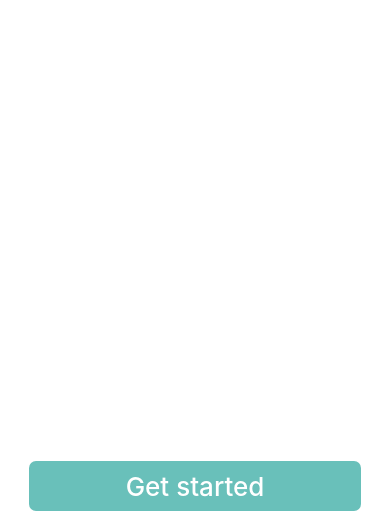
Repository: pheonixlegend/keleya
Screen: /Sign Up
The author's editor kept a copy of each file at every save. The screen is drawn from the files as they stood at one save, then again after the next save.
The pictures show rows 422 to 933 of an output 933 px tall.
The app was drawn by React Native's web renderer in a window 390 px wide. The project was rebuilt for these pictures with package versions that can differ from the ones it lists, and the page was loaded fresh each time.

Above is the screen before, as saved 2021-10-01 02:28:50.

### App.tsx
import { StatusBar } from 'expo-status-bar';
import React from 'react';
import { StyleSheet, Text, View } from 'react-native';
import Home from './screens/Home';
import { NavigationContainer } from '@react-navigation/native';
import AppStack from './routes/AppStack';

export default function App() {
  return (
    <NavigationContainer>
      <AppStack />
    </NavigationContainer>
  );
}

const styles = StyleSheet.create({
  container: {
    flex: 1,
    backgroundColor: '#fff',
    alignItems: 'center',
    justifyContent: 'center',
  },
});

### routes/AppStack.tsx
import { createStackNavigator } from '@react-navigation/stack';
import { Image } from 'react-native';
import Home from '../screens/Home';
import ImageHeader from '../components/ImageHeader';
import SignUp from '../screens/SignUp';
import React from 'react';
import { Entypo } from '@expo/vector-icons';

const Stack = createStackNavigator();
    const appStack = () => {
        return (
            <Stack.Navigator
                screenOptions={{
                headerShown: false,
                headerTransparent: true,
                headerStyle: {
                  },
                  headerBackTitleStyle: {
                      opacity: 0,
                  },
                  headerTintColor: 'transparent'
                }}
            >
                <Stack.Screen name="Home" component={Home} />
                <Stack.Screen
                    name="Sign Up"
                    component={SignUp}
                    options={{
                        headerShown: true,
                        headerBackImage: ()=>(<Entypo name='arrow-left' size={22}
                        color="#4a4a4a" style={{ paddingLeft: '20%', marginTop: '-10%' }} />)
                    }}
                />
            </Stack.Navigator>
        )
    }
export default appStack

### screens/Home.tsx
import { StatusBar } from 'expo-status-bar';
import React from 'react';
import { StyleSheet, Text, View, Button, Image, SafeAreaView, ImageBackground, TouchableOpacity } from 'react-native';
import { Global } from '../styles/Global'

const Home = ({navigation}: {navigation: any}) => {
  const pressHandler = () => {
    navigation.push("Sign Up")
  }

  return (
    <ImageBackground source={require('../assets/images/first-intro-image.png')} style={styles.backgroundImage} >

    <SafeAreaView style={Global.container}>
      <StatusBar backgroundColor={'transparent'} translucent/>

      <View style={styles.imageContainer}>
        <Image source={require('../assets/images/keleya-logo.png')} style={styles.image} resizeMode="contain" />
      </View>

      <View style={styles.centeredView}>
        <Text style={styles.subText}>For a fit and relaxed pregnancy</Text>
      </View>

      <View style={styles.buttonContainer}>
      <TouchableOpacity style={styles.customBtnBGBottom} onPress={pressHandler}>
        <Text style={styles.customBtnTextBottom}>Get started</Text>
      </TouchableOpacity>


      <TouchableOpacity style={styles.customBtnBGBottom2} onPress={pressHandler}>
        <Text style={styles.customBtnTextBottom2}>Or login</Text>
      </TouchableOpacity>
      </View>
    </SafeAreaView>

    </ImageBackground>
  )
}

const styles = StyleSheet.create({
  imageContainer: {
    justifyContent: 'center',
    alignItems: 'center',
    height: '20%'
  },

  backgroundImage: {
    flex: 1,
    width: undefined,
    height: undefined,
    resizeMode: 'cover'
  },

  centeredView: {
    justifyContent: 'center',
    alignItems: 'center'
  },

  image: {
    width: '23%',
    height: '100%'
  },

  subText: {
    textAlign: 'center',
    fontSize: 24,
    fontWeight: "500",
    marginTop: '-3%',
    width: '53%',
    color: "#4a4a4a"
  },

  buttonContainer: {
    flex: 1,
    alignItems: 'center',
    height: '12.4%',
  },

  customBtnBGBottom: {
    backgroundColor: "#69c0ba",
    borderRadius: 7,
    width: '85%',
    height: '6.2%',
    position: 'absolute',
    bottom: 0,
    marginBottom: '23%',
    justifyContent: 'center',
    alignItems: 'center',
  },

  customBtnBGBottom2: {
    backgroundColor: "transparent",
    borderRadius: 7,
    width: '85%',
    position: 'absolute',
    bottom: 0,
    marginBottom: '10%',
    justifyContent: 'center',
    alignItems: 'center',
  },

  customBtnTextBottom: {
    fontSize: 26,
    fontWeight: "500",
    color: "#fff",
    textAlign: "center"
  },

  customBtnTextBottom2: {
    fontSize: 21,
    fontWeight: "600",
    color: "#4a4a4a",
    textAlign: "center"
  }

});

export default Home

### screens/SignUp.tsx
import { StatusBar } from 'expo-status-bar';
import React from 'react';
import { StyleSheet, Text, View, Button, Image, SafeAreaView, ImageBackground, TouchableOpacity } from 'react-native';
import { Global } from '../styles/Global';
import ImageHeader from '../components/ImageHeader';

const SignUp = ({navigation}: {navigation: any}) => {
  const pressHandler = () => {
    navigation.push("Home")
  }

 return (
    <SafeAreaView style={styles.mainContainer}>
      <StatusBar backgroundColor={'transparent'} translucent/>
      <ImageHeader/>
      <View style={styles.centeredView}>
        <Text style={styles.subText}>Add your details below to set up an account</Text>

      </View>
      <View style={styles.buttonContainer}>
          <TouchableOpacity style={styles.customBtnBGBottom} onPress={pressHandler}>
            <Text style={styles.customBtnTextBottom}>Get started</Text>
          </TouchableOpacity>
      </View>


    </SafeAreaView>
  )
}

const styles = StyleSheet.create({
  mainContainer: {
    flex: 1,
    backgroundColor: 'white'
  },

  centeredView: {
    flex: 2,
    justifyContent: 'flex-start',
    alignItems: 'center',
    backgroundColor: 'white',
    marginTop: '80%',
    paddingLeft: '10%',
    paddingRight: '10%'
  },

  subText: {
    textAlign: 'center',
    fontSize: 25,
    width: '90%',
    fontWeight: "300",
    color: "#4a4a4a"
  },

  buttonContainer: {
    position: 'absolute',
    alignItems: 'center',
    backgroundColor: 'white',
    width: '100%',
    marginBottom: '10%',
    bottom: 0
  },

  customBtnBGBottom: {
    backgroundColor: "#69c0ba",
    borderRadius: 7,
    width: '85%',
    height: 50,
    position: 'absolute',
    justifyContent: 'center',
    alignItems: 'center',
    marginTop: '20%',
  },

  customBtnTextBottom: {
    fontSize: 26,
    fontWeight: "500",
    color: "#ffff",
    textAlign: "center"
  }

});

export default SignUp

### styles/Global.tsx
import { StyleSheet } from 'react-native';

export const Global = StyleSheet.create({
    container: {
        flex: 1,
        backgroundColor: 'transparent',
    }
})

### components/ImageHeader.tsx
import * as React from 'react';
import { Text, View, StyleSheet, Image, ImageBackground } from 'react-native';
import { Entypo } from '@expo/vector-icons';

export default function ImageHeader() {
  return (
      <Image source={require('../assets/images/authentication-background-image.jpg')} style={styles.image} resizeMode="cover">

    </Image>
  );
}

const styles = StyleSheet.create({
  image: {
    flex: 1,
    position: 'absolute',
    width: '100%',
    height: '50%'
  }
});

After the next save:
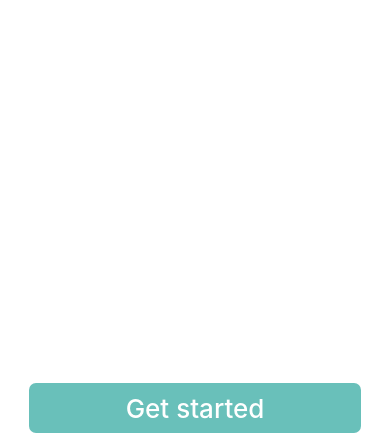
Saved 10 s later.
--- a/screens/SignUp.tsx
+++ b/screens/SignUp.tsx
@@ -68,8 +68,7 @@ const styles = StyleSheet.create({
     height: 50,
     position: 'absolute',
     justifyContent: 'center',
-    alignItems: 'center',
-    marginTop: '20%',
+    alignItems: 'center'
   },
 
   customBtnTextBottom: {
